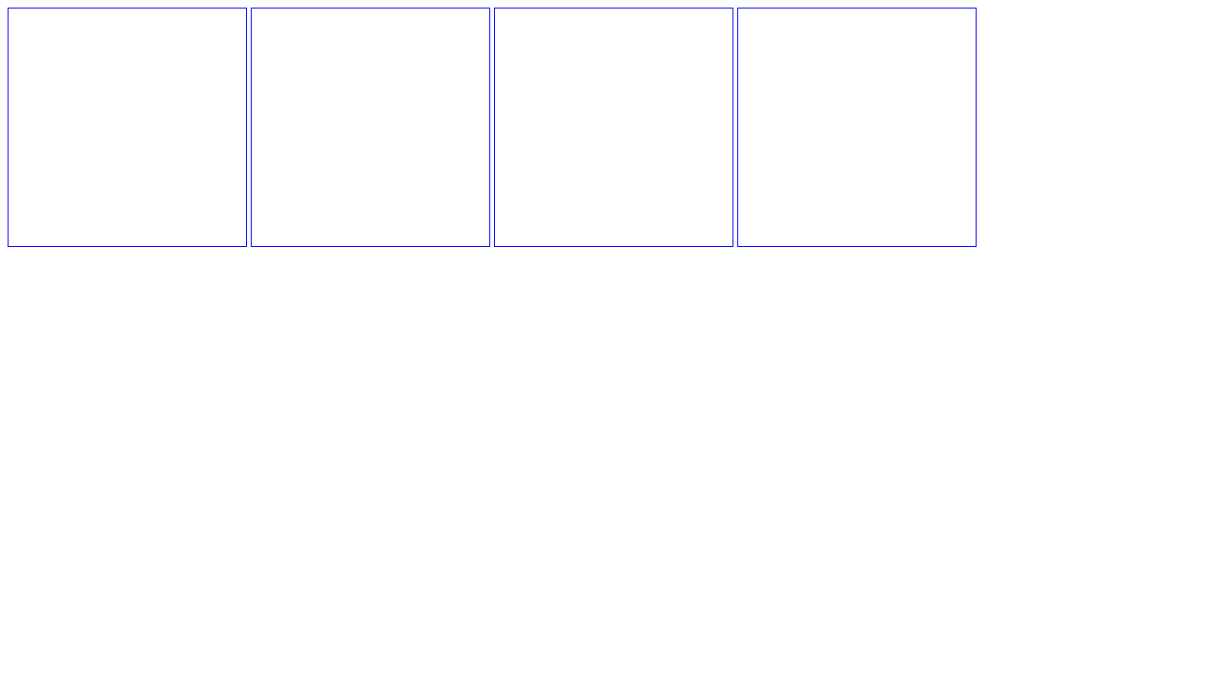
Repository: TheTroyPhillips/Personal-website
Page: index.html
The author's editor kept a copy of each file at every save. The page is drawn from the files as they stood at one save, then again after a run of saves.
The browser window is 1280 px wide. The pictures show the whole page, at 95% of full size.

Above is the page before, as saved 2023-09-10 22:03:01.

After the next 2 saves:
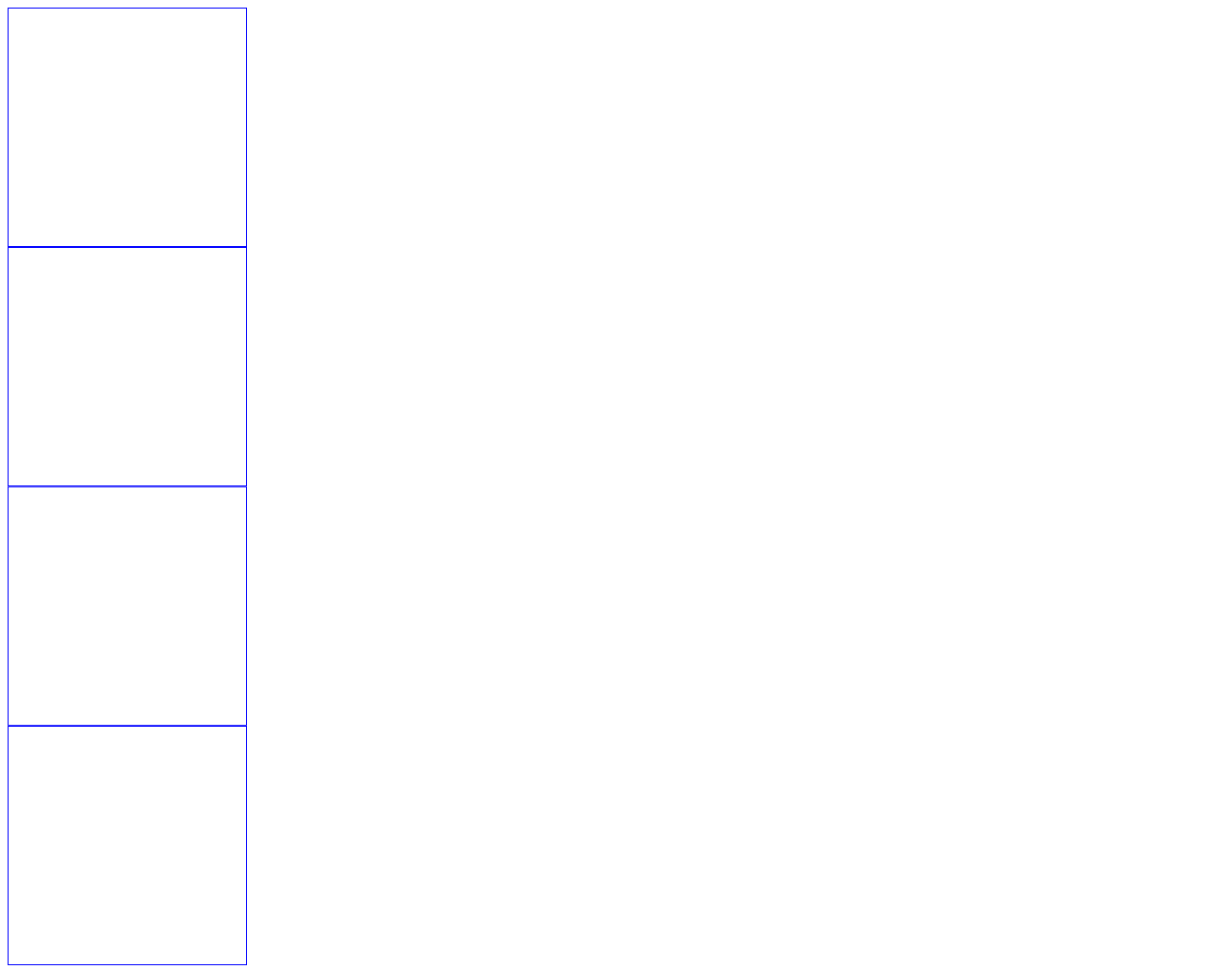
The 2 saves are shown as one change because they came seconds apart.
The last was saved 54 s later.
--- a/style.css
+++ b/style.css
@@ -3,4 +3,5 @@
     height: 250px;
     border: 1px solid blue;
     display: inline-block
+    box-s
 }

After the save that followed:
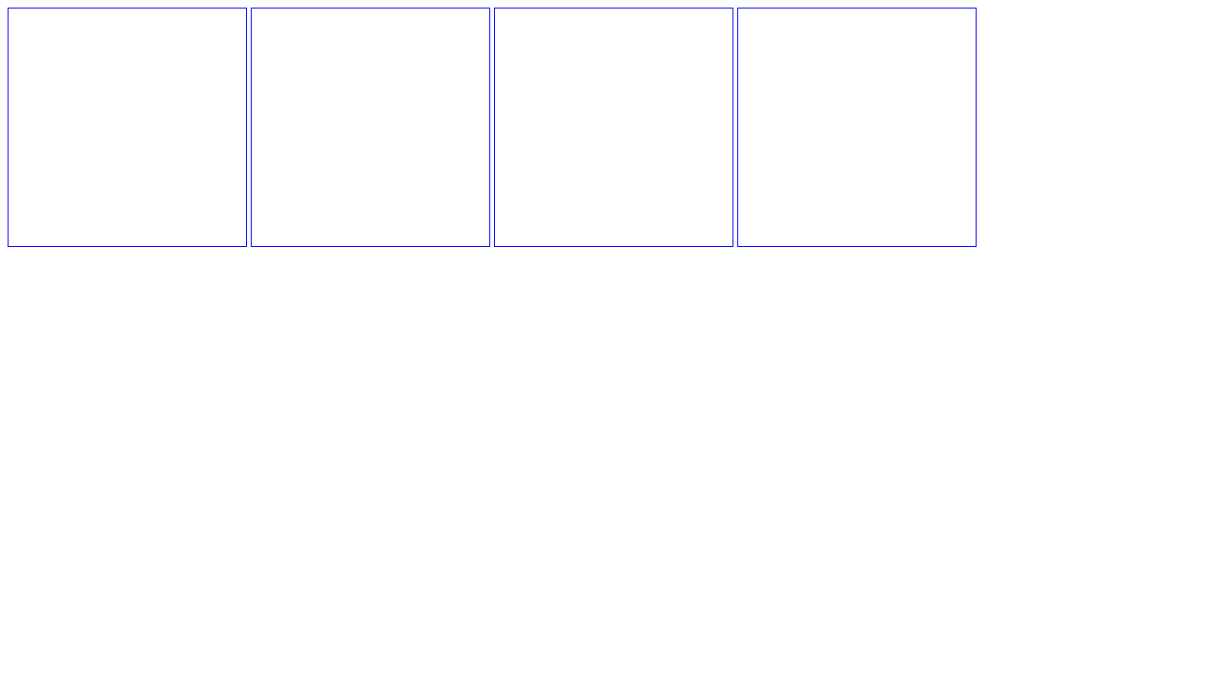
Saved 4 s later.
--- a/style.css
+++ b/style.css
@@ -3,5 +3,4 @@
     height: 250px;
     border: 1px solid blue;
     display: inline-block
-    box-s
 }
